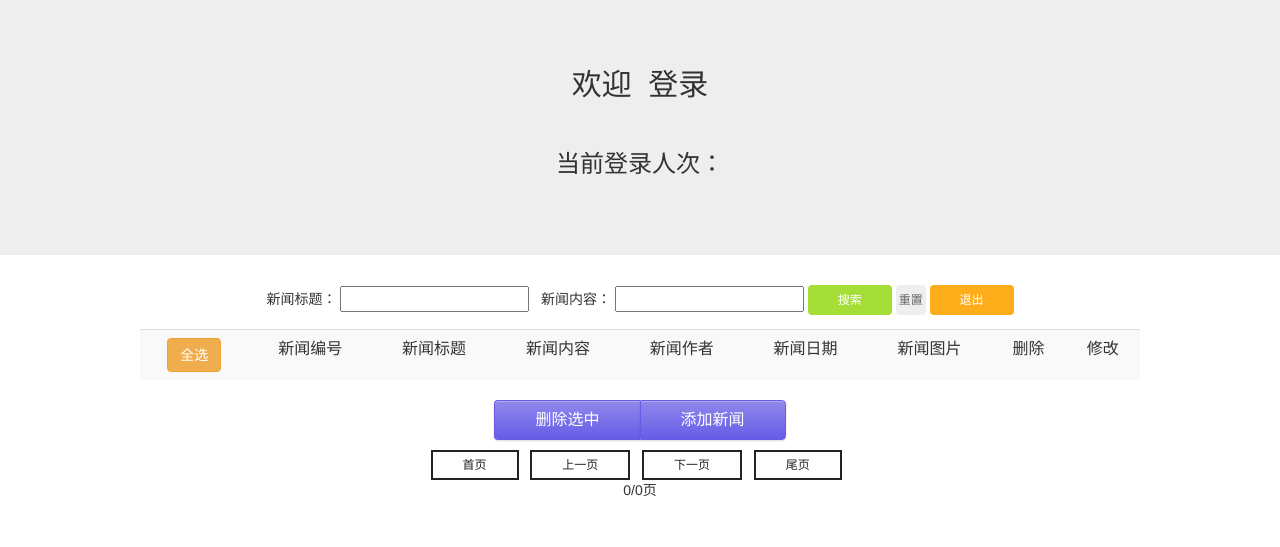
Repository: silzx/learning
Page: http://localhost/MyBatis/admin/main.jsp
The author's editor kept a copy of each file at every save. The page is drawn from the files as they stood at one save, then again after the next save.
The browser window is 1280 px wide. The pictures show the whole page.
The page is served by Tomcat 9.

Above is the page before, as saved 2017-11-16 02:34:33.
Console error (its wording comes from the project's code and is left out).

After the next save:
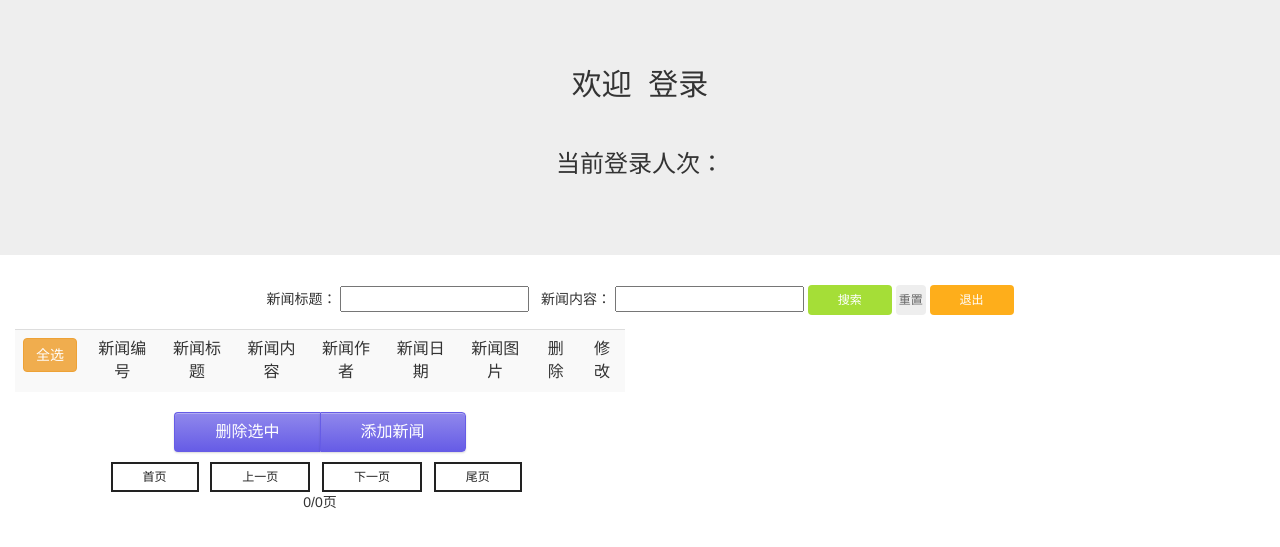
Saved 75 min 59 s later.
--- a/MyBatis/WebContent/admin/main.jsp
+++ b/MyBatis/WebContent/admin/main.jsp
@@ -50,7 +50,7 @@ String basePath = request.getScheme()+"://"+request.getServerName()+":"+request.
 				<input type="hidden" value="<%=FenYe.pageCount %>" name="pageCount"/>
 			</form>
 		</div>
-		<div style="width: 1000px">
+		<div class="col-md-6">
 			<form action="NewsAction/del.action" method="post">
 			<table border="0" class="table table-striped table-hover">
 			<tr align="center">
